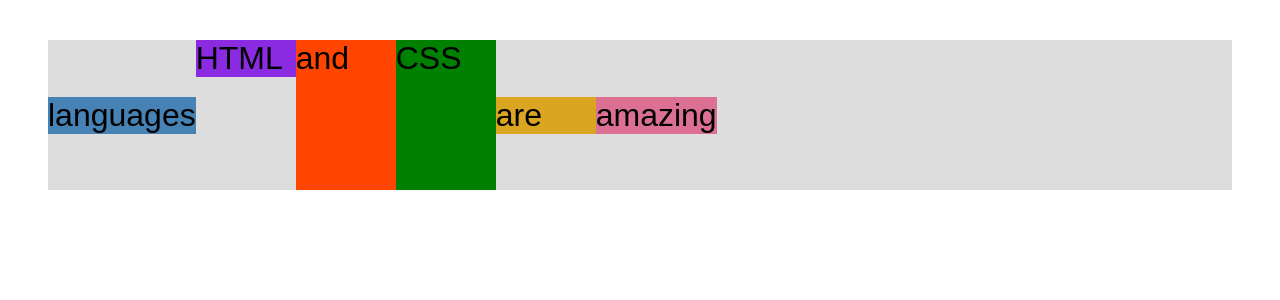
Repository: nghiakma/HTML-CSS-Fundamental
Page: HTML/flexbox.html
An editor plug-in stored every save of this project. The page is shown before and after the next save, followed by the edit.
The browser window is 1280 px wide. The pictures show the whole page.

Above is the page before, as saved 2023-08-23 17:55:45.

### HTML/flexbox.html
<!DOCTYPE html>
<html lang="en">

<head>
  <meta charset="UTF-8" />
  <meta http-equiv="X-UA-Compatible" content="IE=edge" />
  <meta name="viewport" content="width=device-width, initial-scale=1.0" />
  <title>Flexbox</title>
  <style>
    .el--1 {
      background-color: blueviolet;
      align-self: flex-start;
      /* order: 2; */
    }

    .el--2 {
      background-color: orangered;
      align-self: stretch;

    }

    .el--3 {
      background-color: green;
      height: 150px;
    }

    .el--4 {
      background-color: goldenrod;
    }

    .el--5 {
      background-color: palevioletred;
      order: 1;
    }

    .el--6 {
      background-color: steelblue;
      order: -1;
    }

    .el--7 {
      background-color: yellow;
    }

    .el--8 {
      background-color: crimson;
    }

    .el {
      /* margin-right: 30px; */
      flex-basis: 100px;
    }

    /*Vung chua flex lay chieu cao cua phan tu cao nhat*/
    .container {
      /* STARTER */
      font-family: sans-serif;
      background-color: #ddd;
      font-size: 32px;
      margin: 40px;
      display: flex;
      /* gap: 30px; */
      /* FLEXBOX */
      /*Chieu cao cua cac phan tu tu dong keo dai bang phan tu cao nhat*/
      /* align-items: stretch; */
      align-items: center;
      justify-content: flex-start;
    }
  </style>
</head>

<body>
  <div class="container">
    <div class="el el--1">HTML</div>
    <div class="el el--2">and</div>
    <div class="el el--3">CSS</div>
    <div class="el el--4">are</div>
    <div class="el el--5">amazing</div>
    <div class="el el--6">languages</div>
    <!-- <div class="el el--7">to</div>
    <div class="el el--8">learn</div> -->
  </div>
</body>

</html>

After the next save:
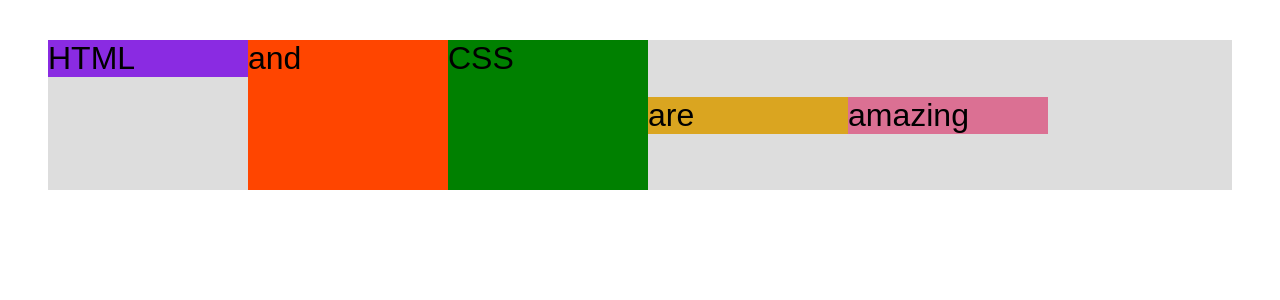
Saved 86 s later.
--- a/HTML/flexbox.html
+++ b/HTML/flexbox.html
@@ -48,7 +48,7 @@
 
     .el {
       /* margin-right: 30px; */
-      flex-basis: 100px;
+      flex-basis: 200px;
     }
 
     /*Vung chua flex lay chieu cao cua phan tu cao nhat*/
@@ -76,7 +76,7 @@
     <div class="el el--3">CSS</div>
     <div class="el el--4">are</div>
     <div class="el el--5">amazing</div>
-    <div class="el el--6">languages</div>
+    <!-- <div class="el el--6">languages</div> -->
     <!-- <div class="el el--7">to</div>
     <div class="el el--8">learn</div> -->
   </div>
